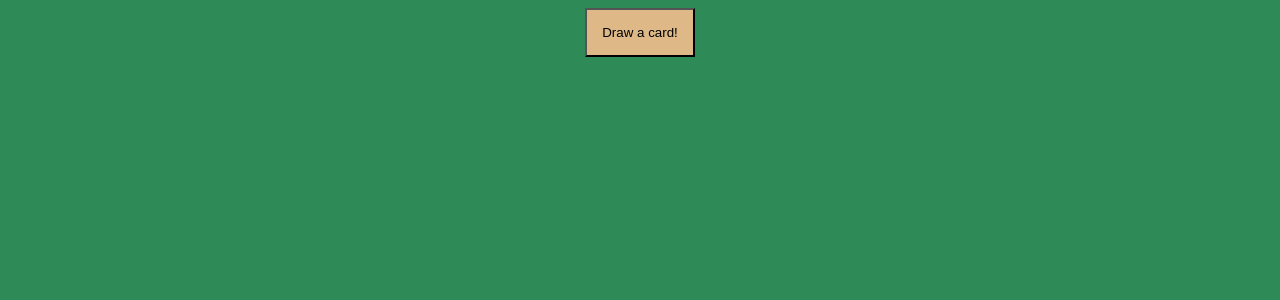
Repository: rmdayberry/JavaScript-Promises-Asychronous-Code
Page: Deck_of_Cards/Async-Await/deck_cards.html
An editor plug-in stored every save of this project. The page is shown before and after the next save, followed by the edit.
The browser window is 1280 px wide. The pictures show the whole page.
The page's requests for data from a server got no answer.

Above is the page before, as saved 2024-07-01 17:03:25.
Console error (its wording comes from the project's code and is left out).

After the next save:
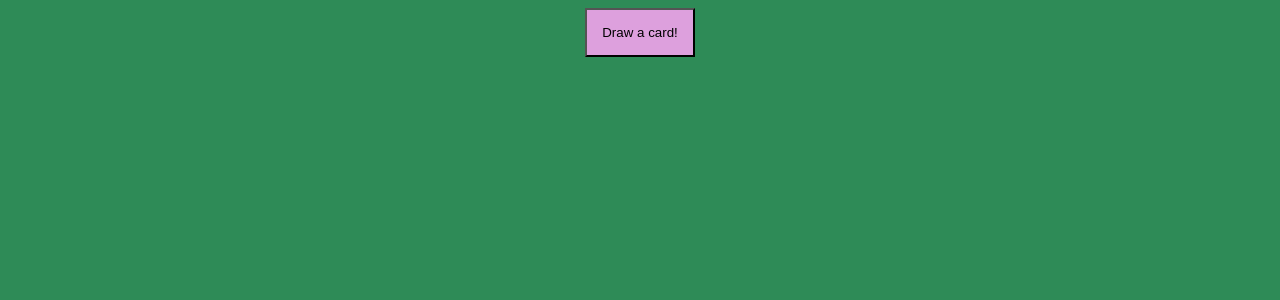
Saved 16 s later.
--- a/Deck_of_Cards/Async-Await/deck_cards.css
+++ b/Deck_of_Cards/Async-Await/deck_cards.css
@@ -5,5 +5,5 @@ body {
 
 button {
   padding: 15px;
-  background-color: burlywood;
+  background-color: plum;
 }
